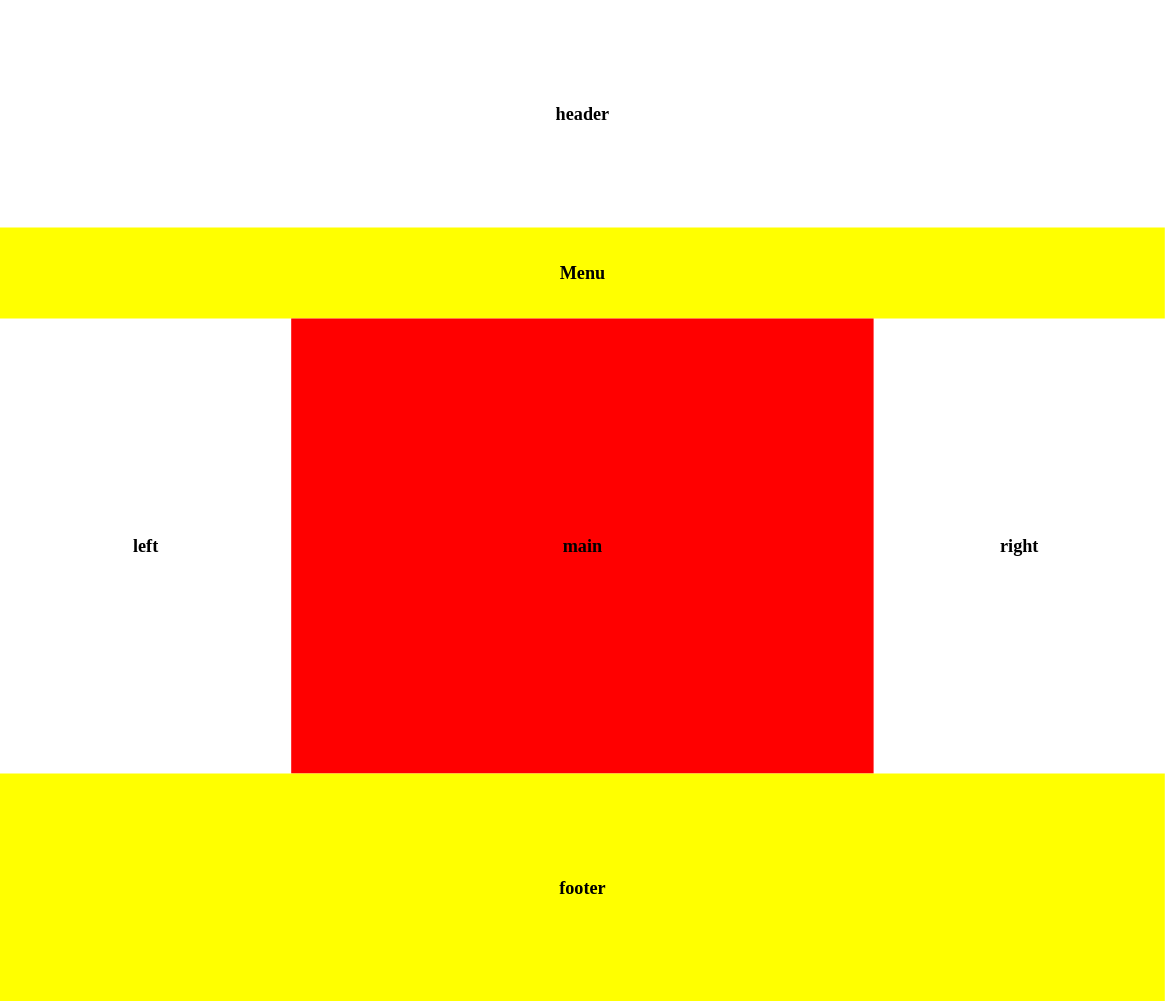
Repository: Nghia19/WEB20022-_00
Page: HTML5_CSS3/bai-1.html
These files come from the project's save history. The page is drawn as it stood at one moment and after a run of saves; the edit follows.
The browser window is 1280 px wide. The pictures show the whole page, at 91% of full size.

Above is the page before, as saved 2021-06-26 13:04:45.

### HTML5_CSS3/bai-1.html
<!DOCTYPE html>
<html lang="en">
<head>
  <meta charset="UTF-8">
  <meta http-equiv="X-UA-Compatible" content="IE=edge">
  <meta name="viewport" content="width=device-width, initial-scale=1.0">
  <title>Bài 1</title>
  <link rel="stylesheet" href="./css/style.css">
</head>
<body>
  <div class="container">
  <header>header</header>
  <nav>Menu</nav>
  <aside>left</aside>
  <main>main</main>
  <aside>right</aside>
  <footer>footer</footer>
</div>
</body>
</html>

### HTML5_CSS3/css/style.css
*{
  margin: 0;
  padding: 0;
  box-sizing: border-box;
}
.container{
  width: 100%;
  max-width: 1280px;
  margin: 0 auto;
  display: grid;
  grid-template-columns: 25% 50% 25%;
  grid-template-rows: 250px 100px 500px 250px;
}
header, nav, main, aside, footer{
  display: flex;
  justify-content: center;
  align-items: center;
  font-size: 20px;
  font-weight: bold;
}
header {
  grid-column: 1/4;
}
nav{
  background-color: yellow;
  grid-column: 1/4;
}
main{
  background-color: red;
}
footer{
  background-color: yellow;
  grid-column: 1/4;
}

After the next 2 saves:
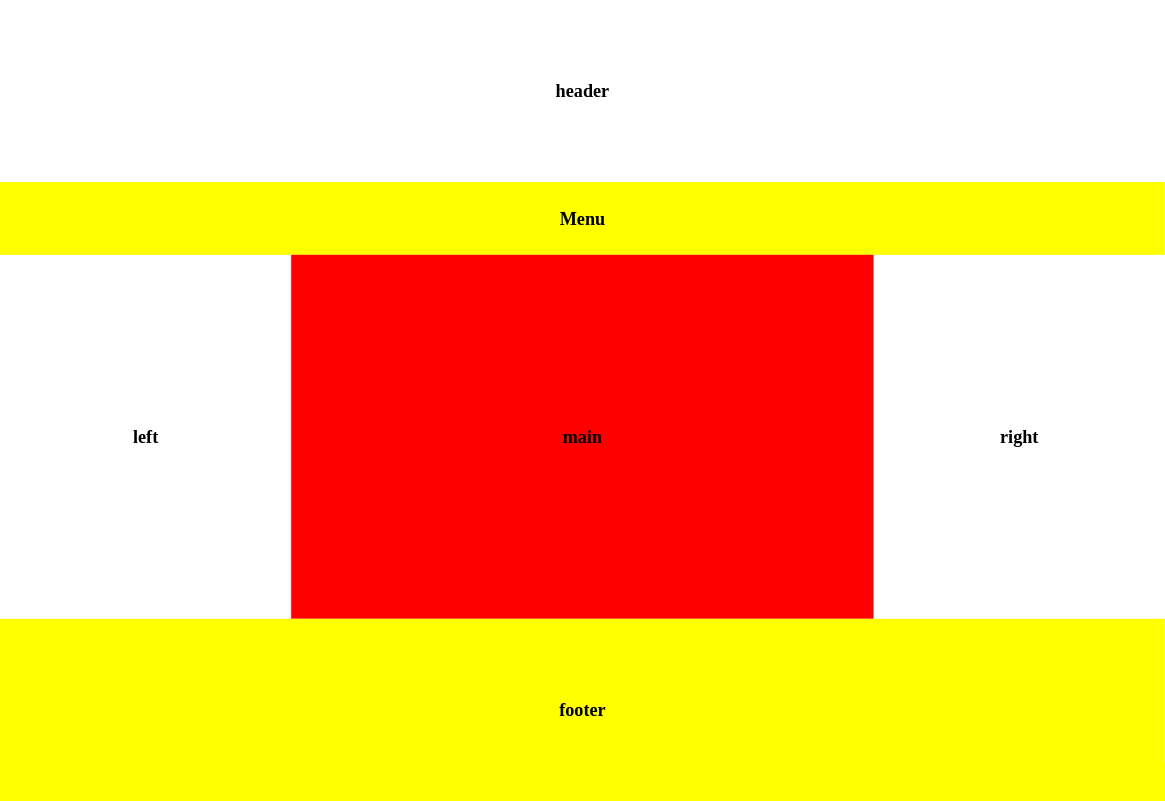
The 2 saves are shown as one change because they came seconds apart.
The last was saved 28 s later.
--- a/HTML5_CSS3/css/style.css
+++ b/HTML5_CSS3/css/style.css
@@ -9,7 +9,7 @@
   margin: 0 auto;
   display: grid;
   grid-template-columns: 25% 50% 25%;
-  grid-template-rows: 250px 100px 500px 250px;
+  grid-template-rows: 200px 80px 400px 200px;
 }
 header, nav, main, aside, footer{
   display: flex;
